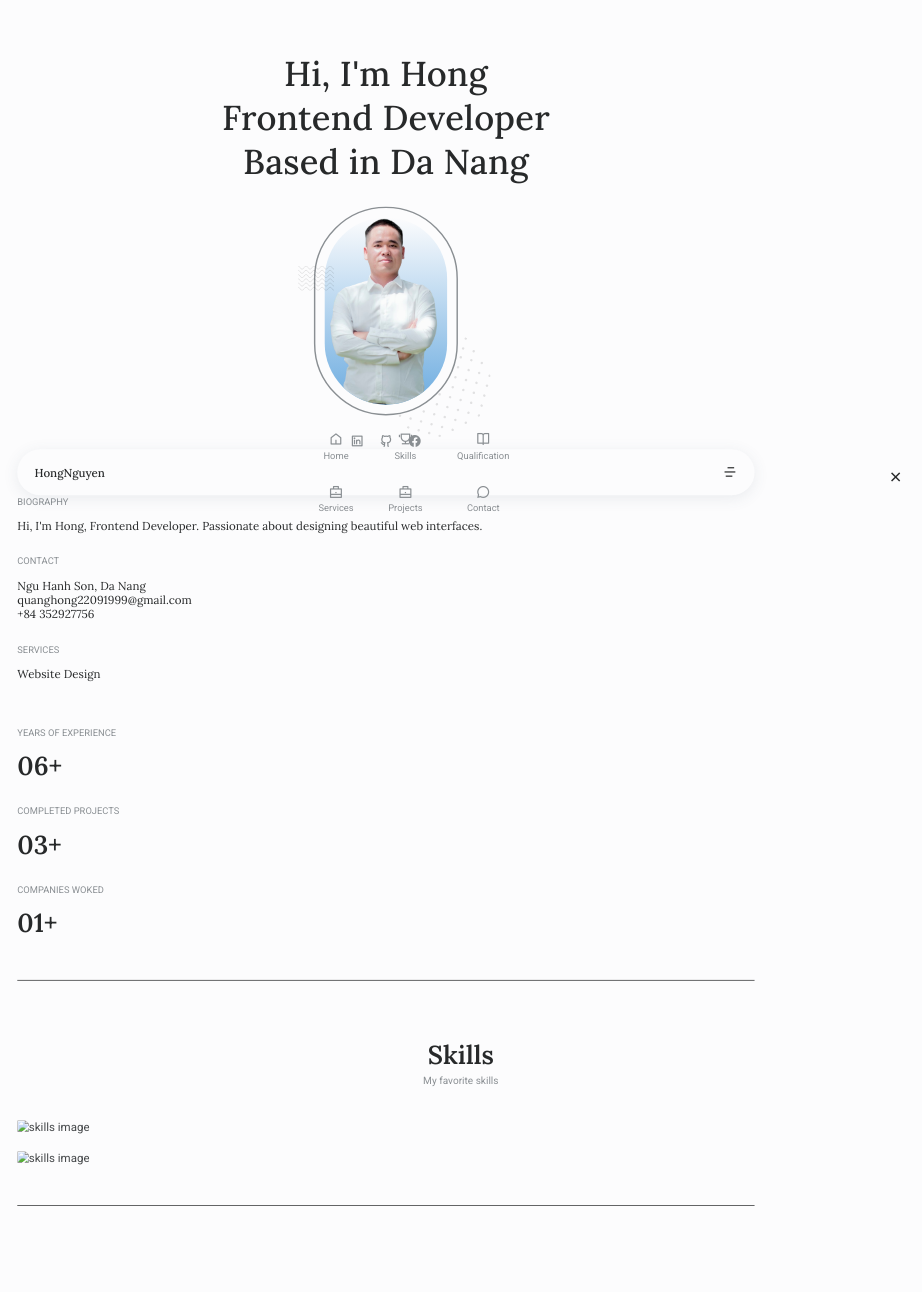
Repository: hnguyeng/myportfoliohongnguyen
Page: index.html
An editor plug-in stored every save of this project. The page is shown before and after the next save, followed by the edit.
The browser window is 1280 px wide. The pictures show the whole page, at 72% of full size.
Some web libraries are served in a nearby version.

Above is the page before, as saved 2023-07-17 14:46:15.

After the next save:
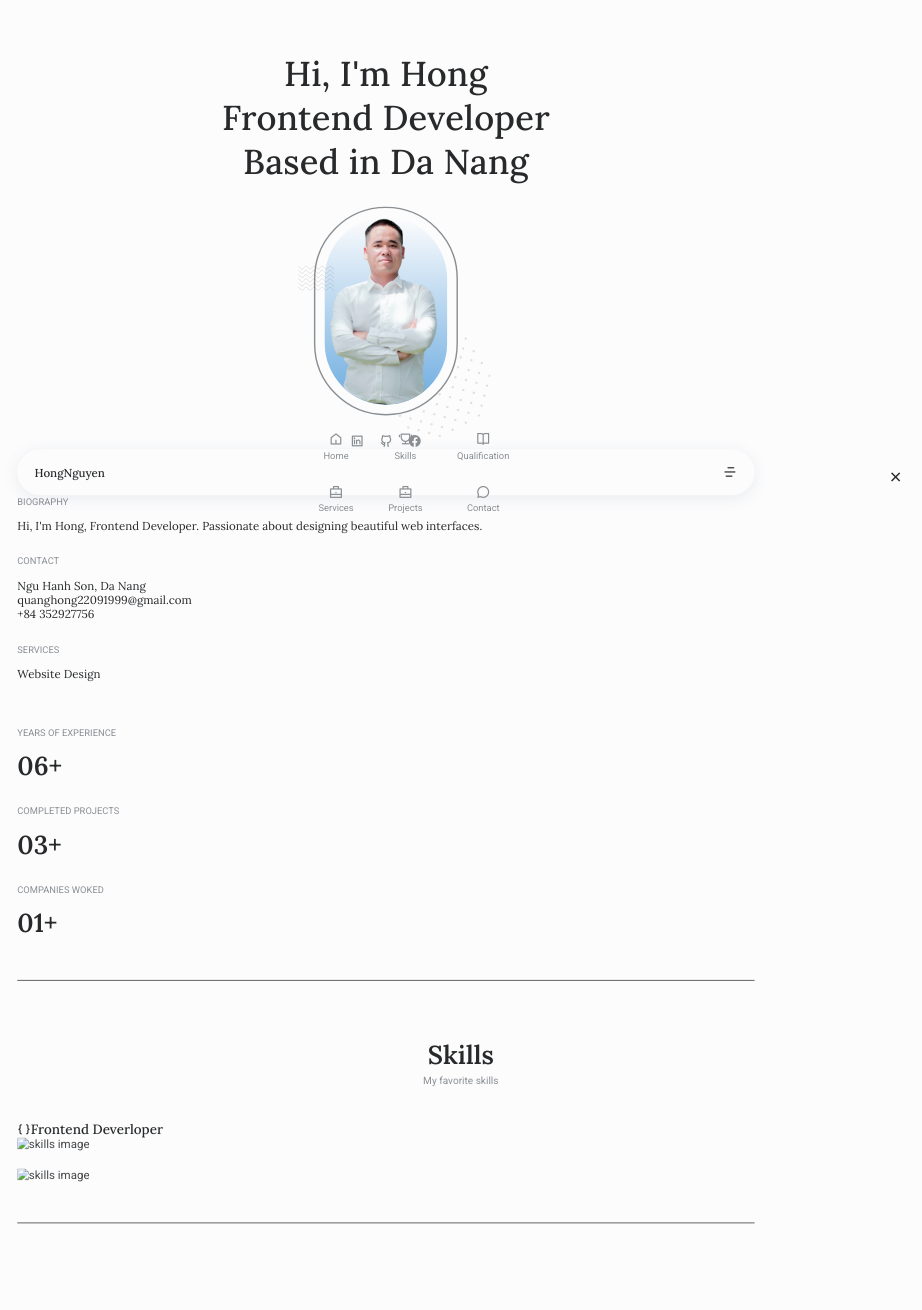
Saved 20 min 52 s later.
--- a/index.html
+++ b/index.html
@@ -165,7 +165,7 @@
                 <!-- ================SKILLs1=========== -->
                 <div class="skills__content">
                     <h3 class="skills__title">
-
+                        <i class="ri-braces-line"></i>Frontend Deverloper
                     </h3>
                     <div class="skills__info">
                         <div class="skills__data">
